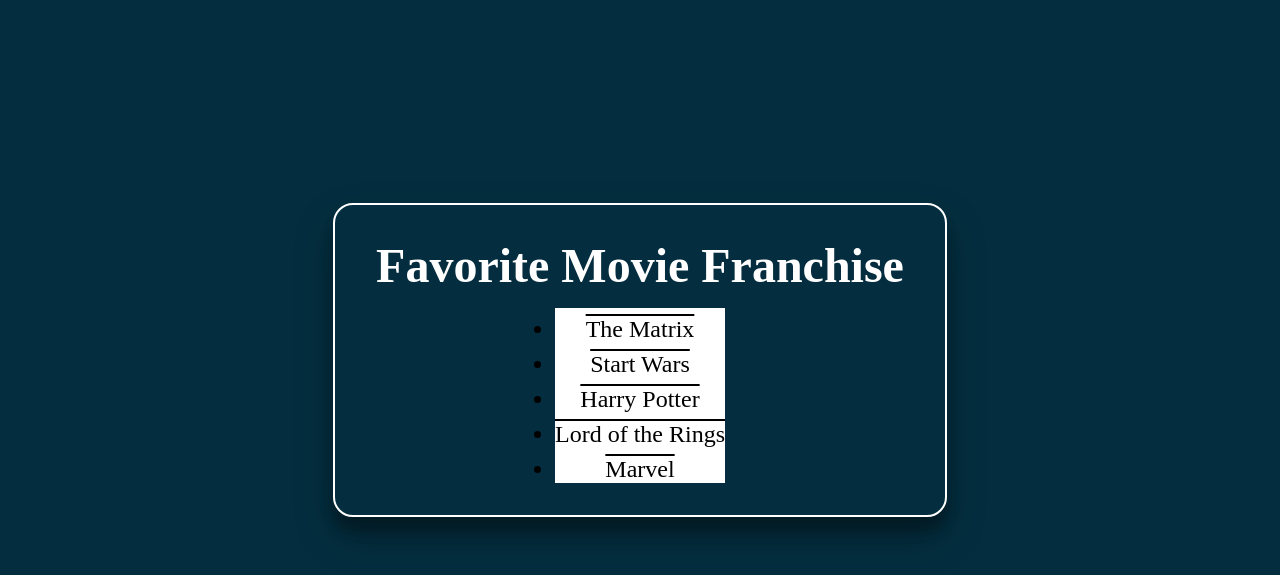
Repository: Ellisvelandia/DOM-Manipulation
Page: index.html
These files come from the project's save history. The page is drawn as it stood at one moment and after a run of saves; the edit follows.
The browser window is 1280 px wide. The pictures show the whole page.

Above is the page before, as saved 2022-08-22 13:48:07.

After the next 2 saves:
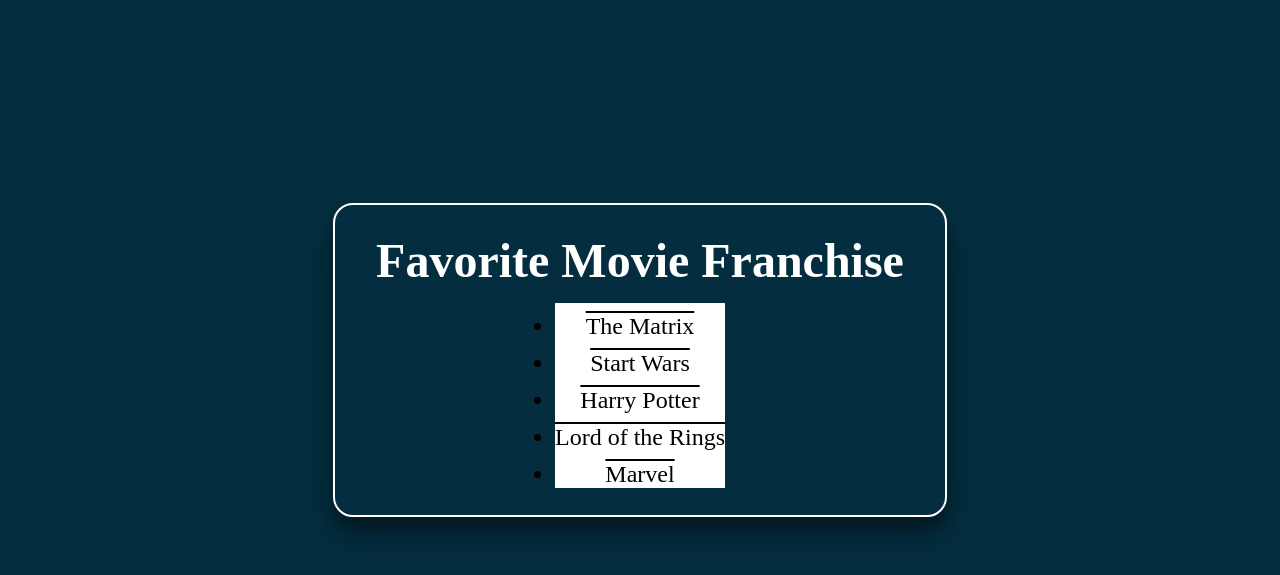
The 2 saves are shown as one change because they came seconds apart.
The last was saved 10 s later.
--- a/style.css
+++ b/style.css
@@ -41,5 +41,5 @@
   font-size: 1.5rem;
   background-color: #fff;
   text-decoration:overline ;
-  padding-top: 8px;
+  padding-top: 10px;
 }
